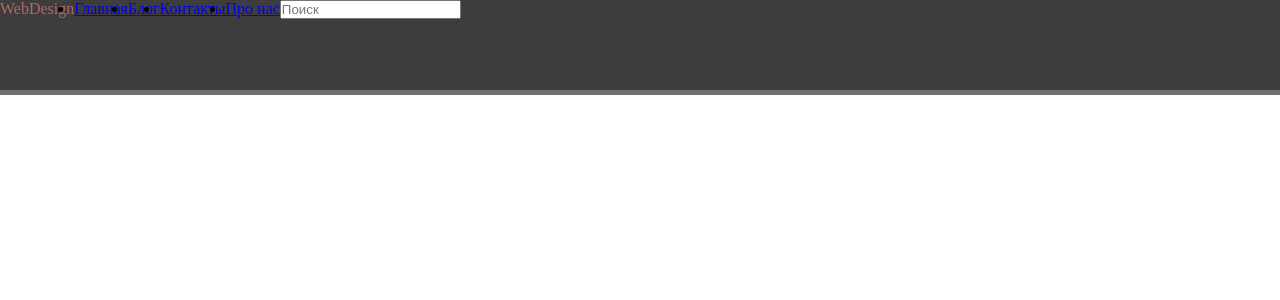
Repository: andbaik/Itprog
Page: index.htm
These files come from the project's save history. The page is drawn as it stood at one moment and after the next save; the edit follows.
The browser window is 1280 px wide. The pictures show the whole page.

Above is the page before, as saved 2021-01-19 15:39:19.

After the next save:
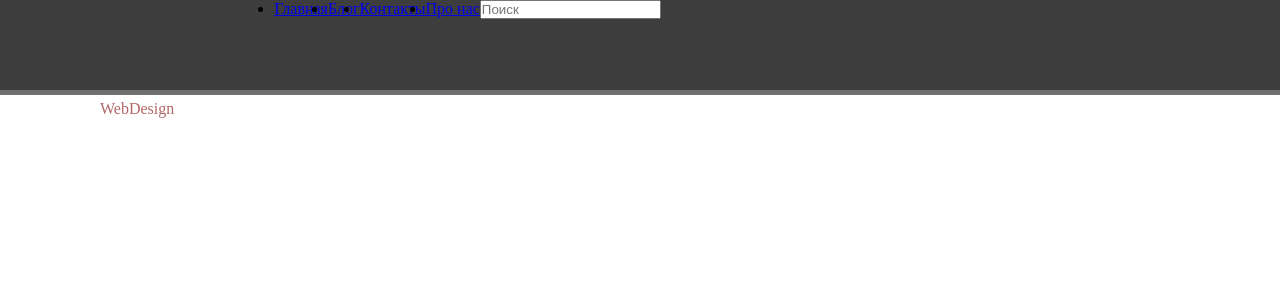
Saved 16 s later.
--- a/css/style.css
+++ b/css/style.css
@@ -13,7 +13,7 @@
 
 }
 .logo {
-    padding: 100px auto;
+    padding: 100px;
 }
 .logo a{
     color: #B36767;

After the save that followed:
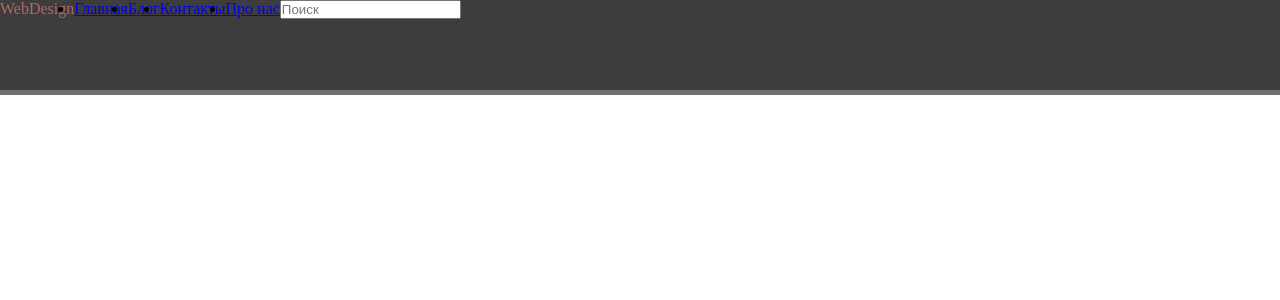
Saved 7 s later.
--- a/css/style.css
+++ b/css/style.css
@@ -13,7 +13,7 @@
 
 }
 .logo {
-    padding: 100px;
+    padding: ;
 }
 .logo a{
     color: #B36767;
